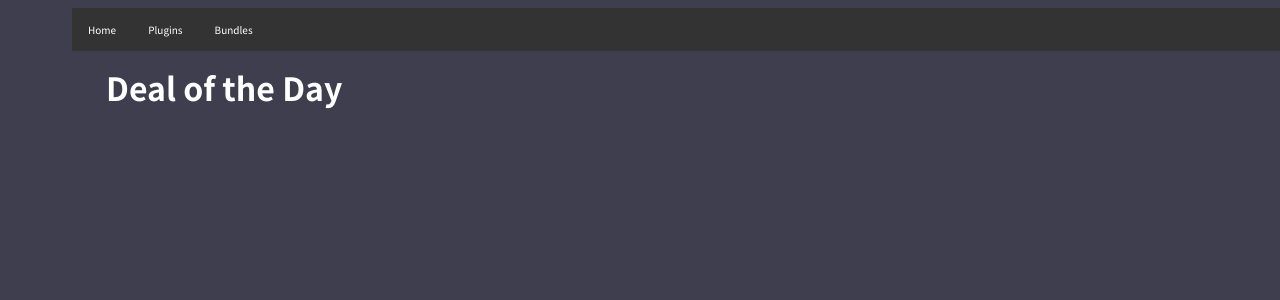
Repository: jigom11791/Wavez
Page: Wavez/Waves-Site/index.html
These files come from the project's save history. The page is drawn as it stood at one moment and after the next save; the edit follows.
The browser window is 1280 px wide. The pictures show the whole page.

Above is the page before, as saved 2020-10-30 18:18:33.

### Wavez/Waves-Site/index.html
<!DOCTYPE html>
<html>
<head>
    <title>Waves Price Tracker</title>
    <link rel="stylesheet" href="style.css">
</head>
<body>
    <ul class="header">
        <li><a href="#">Logo</a></li>
        <li class="right"><a href="#">Sign up</a></li>
        <li class="right"><a href="#">Sign in</a></li>
    </ul>

    <ul class="topnav">
        <li><a class="active" href="#">Home</a></li>
        <li><a href="#">Plugins</a></li>
        <li><a href="#">Bundles</a></li>
        <li class="right"><a href="#">SearchBar</a></li>
    </ul>
    <div id="content">
        <h1>Deal of the Day</h1>
    </div>
</body>
</html>

### Wavez/Waves-Site/style.css
@import url('https://fonts.googleapis.com/css2?family=Noto+Sans&family=Noto+Sans+JP&display=swap');
@import url('https://fonts.googleapis.com/css2?family=Noto+Sans&display=swap');

body {
    background-color: #3e3e4f;
    color: white;
    font-family: "Noto sans JP", sans-serif;
    padding: 0% 5%;
}

ul.topnav, ul.header{
    list-style-type: none;
    margin: 0;
    padding: 0;
    overflow: hidden;
    width: 100%;
}
ul.header {
    height: 60px;
    position: fixed;
}
ul.topnav {
    background-color: #333;
    font-size: 10px;
    position: fixed;
}
ul.topnav li, ul.header li{
    float: left;
}
ul.topnav li.right, ul.header li.right{
    float: right;
}
ul.topnav li a, ul.header li a {
    display: block;
    color: white;
    text-align: center;
    padding: 14px 16px;
    text-decoration: none;
}
ul.topnav li a:hover{
    background-color: #111;
}
#content {
    padding: 3%;
}

After the next save:
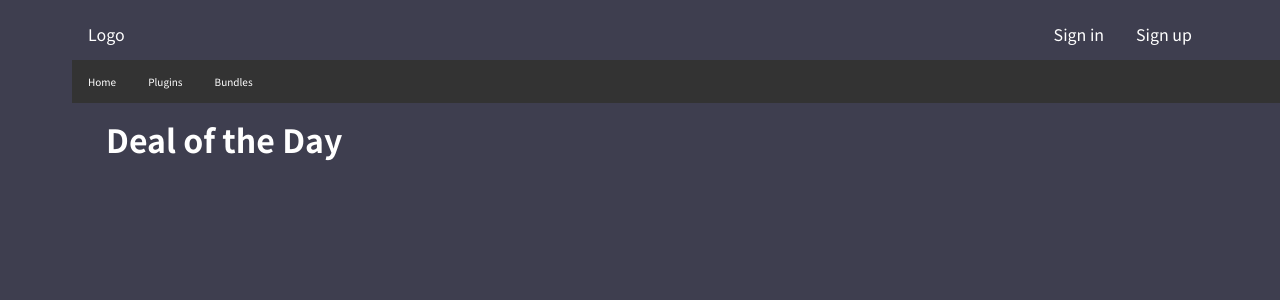
Saved 11 s later.
--- a/Wavez/Waves-Site/style.css
+++ b/Wavez/Waves-Site/style.css
@@ -14,10 +14,6 @@ ul.topnav, ul.header{
     padding: 0;
     overflow: hidden;
     width: 100%;
-}
-ul.header {
-    height: 60px;
-    position: fixed;
 }
 ul.topnav {
     background-color: #333;
